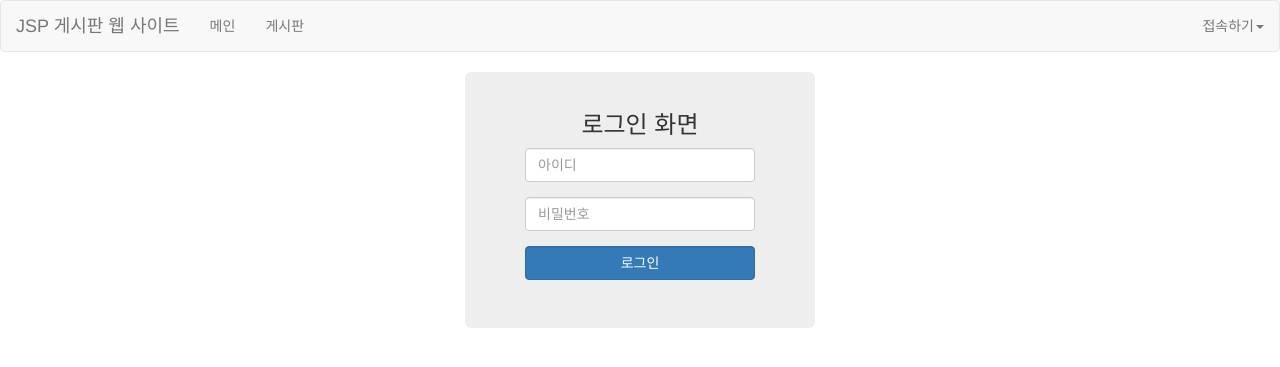
Repository: winter9388/JSP_BBS
Page: http://localhost/BBS/bbs.jsp
These files come from the project's save history. The page is drawn as it stood at one moment and after the next save; the edit follows.
The browser window is 1280 px wide. The pictures show the whole page.
Some web libraries are served in a nearby version. The page is served by Tomcat 9.

Above is the page before, as saved 2022-08-12 11:41:49.

After the next save:
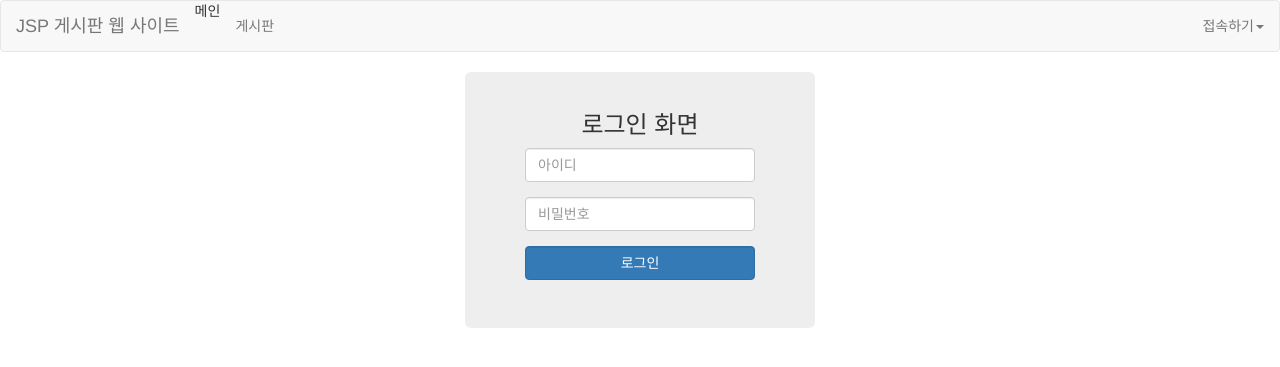
Saved 36 s later.
--- a/BBS/src/main/webapp/bbs.jsp
+++ b/BBS/src/main/webapp/bbs.jsp
@@ -30,7 +30,7 @@
 		<div class="collapse navbar-collapse" id="bs-example-navbar-collapse-1"
 			aria-expended="false">
 			<ul class="nav navbar-nav">
-				<li><a href="main.jsp">메인</a></li>
+				<li><aclass="active" href="main.jsp">메인</a></li>
 				<li><a href="bbs.jsp">게시판</a></li>
 			</ul>
 			<ul class="nav navbar-nav navbar-right">
